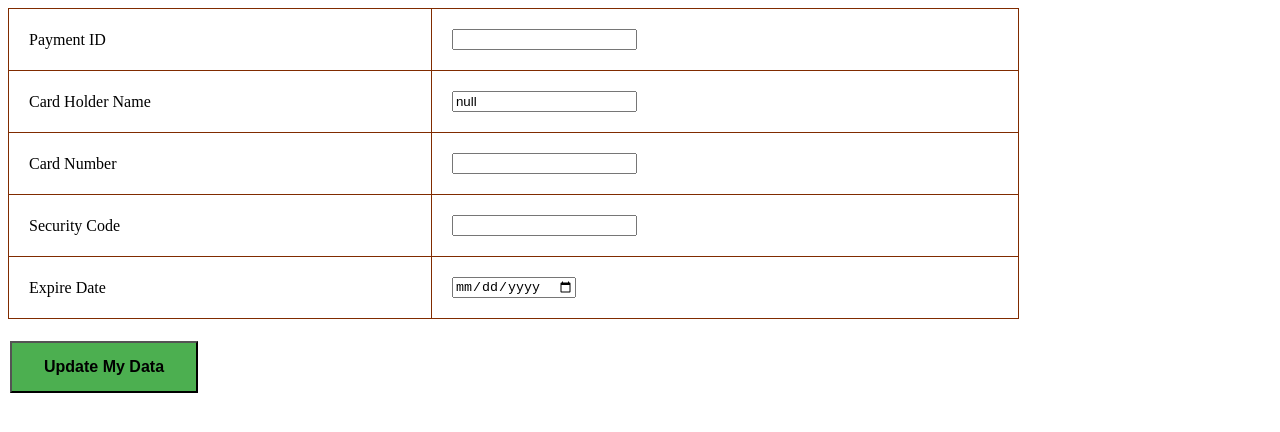
Repository: sandeepa9803/OOP---Online-Travel-web-application
Page: http://localhost/PaymentNew/updatepayment.jsp
These files come from the project's save history. The page is drawn as it stood at one moment and after the next save; the edit follows.
The browser window is 1280 px wide. The pictures show the whole page.
The page is served by Tomcat 9. Other server files are loaded and not shown.

Above is the page before, as saved 2021-10-11 12:19:04.

### PaymentNew/WebContent/updatepayment.jsp
<%@ page language="java" contentType="text/html; charset=ISO-8859-1"
    pageEncoding="ISO-8859-1"%>
<!DOCTYPE html>
<html>
<head>

    <style>

table, td, th {
  border: 1px solid #802b00;
  text-align: left;
}

table {
  border-collapse: collapse;
  width: 80%;
}

th, td {
  padding: 20px;
}


.button {
  background-color: #4CAF50;
  border: 1;
  color: black;
  padding: 15px 32px;
  text-align: center;
  text-decoration: none;
   font-weight: bold;
  display: inline-block;
  font-size: 16px;
  margin: 4px 2px;
  cursor: pointer;
}



</style>



<meta charset="ISO-8859-1">
<title>Insert title here</title>
</head>
<body>

   <%
      String PaymentID=request.getParameter("PaymentID");
      String CardHoldersName=request.getParameter("CardHoldersName");
      String CardNumber=request.getParameter("CardNumber");
      String SecurityCode = request.getParameter("SecurityCode");
      String ExpireDate=request.getParameter("ExpireDate");
   %>

    <form action="update" method ="post" >
    <table>
     <tr>
     <td>  Payment ID </td>
     <td> <input type ="number" name="paymentid" value="<%=PaymentID%>" readonly></td>
     </tr>

     <tr>
     <td> Card Holder Name </td>
     <td><input type ="text" name="cardholder" value="<%=CardHoldersName%>"></td>
     </tr>

     <tr>
     <td> Card Number </td>
     <td> <input type ="number" name="cardnum" value="<%=CardNumber%>"></td>
     </tr>

     <tr>
     <td> Security Code </td>
     <td><input type ="number" name="cvcnum" value="<%=SecurityCode%>"> </td>
     </tr>

    <tr>
    <td> Expire Date </td>
    <td><input type ="date" name="date" value="<%=ExpireDate%>"> </td>
    </tr>
    </table>
    <br>

    <input type ="submit" name="submit" value="Update My Data" class ="button" >
    </form>

</body>
</html>

After the next save:
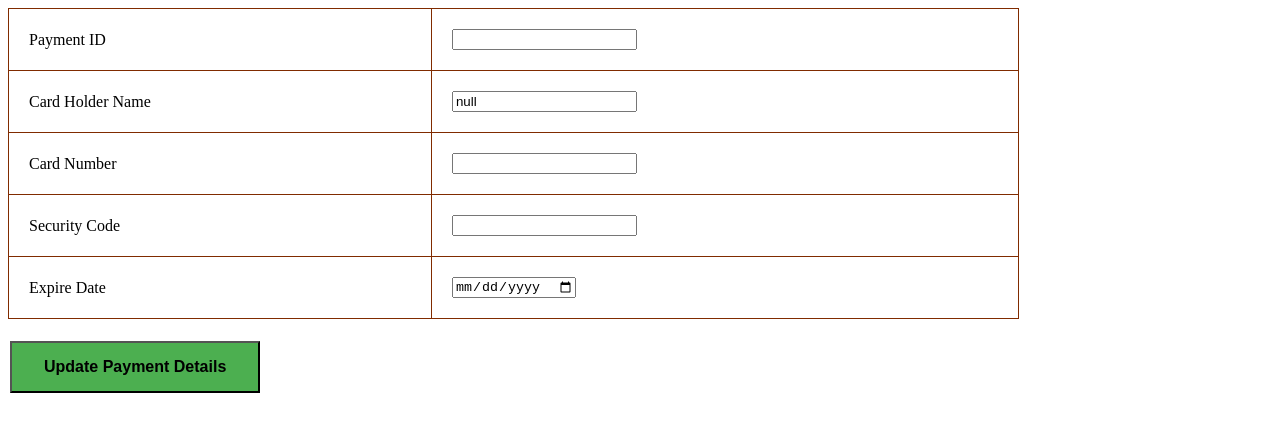
Saved 67 s later.
--- a/PaymentNew/WebContent/updatepayment.jsp
+++ b/PaymentNew/WebContent/updatepayment.jsp
@@ -83,7 +83,7 @@ th, td {
     </table>
     <br>
 
-    <input type ="submit" name="submit" value="Update My Data" class ="button" >
+    <input type ="submit" name="submit" value="Update Payment Details" class ="button" >
     </form>
 
 </body>
